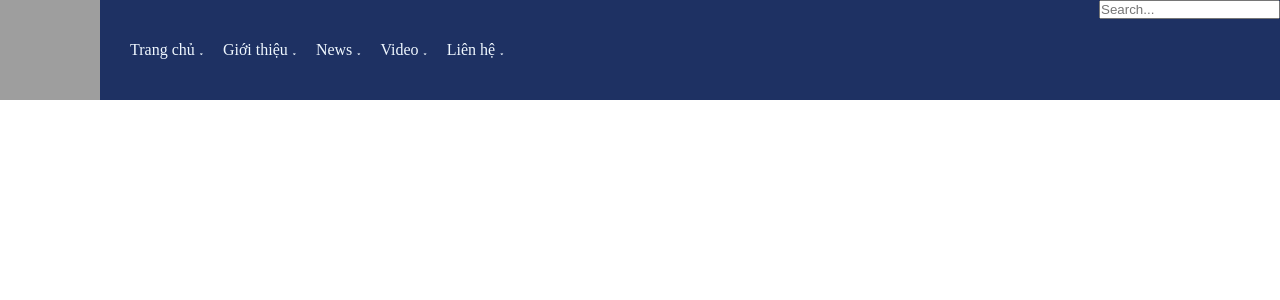
Repository: Luong-tung/newtopics
Page: index2.html
An editor plug-in stored every save of this project. The page is shown before and after the next save, followed by the edit.
The browser window is 1280 px wide. The pictures show the whole page.
Pictures or frames that could not be fetched are drawn as grey boxes. Some web libraries are served in a nearby version.

Above is the page before, as saved 2021-10-07 18:07:53.

After the next save:
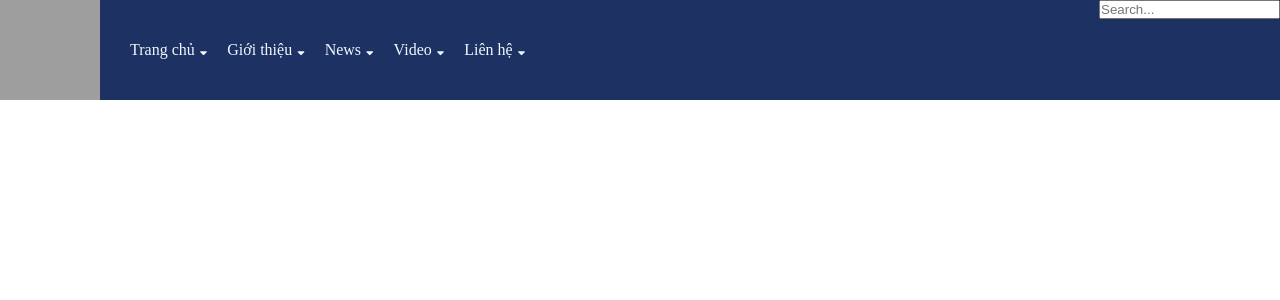
Saved 53 s later.
--- a/iu2.css
+++ b/iu2.css
@@ -30,11 +30,11 @@
     list-style: none;
     cursor: pointer;
     margin: 0px 5px;
-    padding: 5px;
+    padding:5px;
 
 }
 .header .logo ul li i{
-    font-size: 5px;
+    font-size: 12px;
     margin-left: 5px;
 }
 .header .logo ul li:hover{
